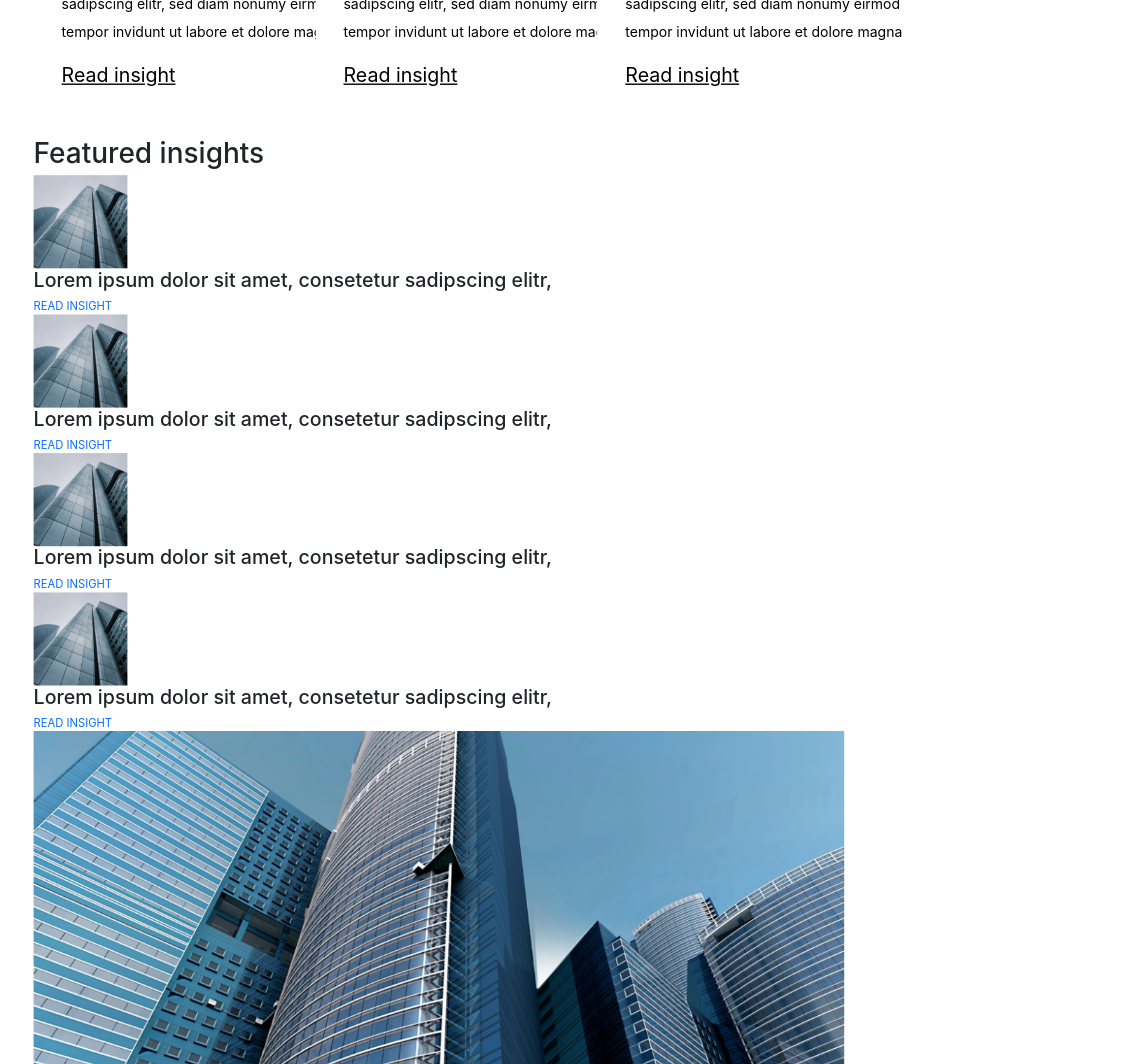
Repository: arif286/Business-webpage
Page: /
These files come from the project's save history. The page is drawn as it stood at one moment and after the next save; the edit follows.
The browser window is 1280 px wide. The page is 1361 px wide, then 1609 px, so the pictures cover 1609 px, including what lies to the right of the window. The pictures show the part of the page from y = 1826 to 3346 px (the page is 3638 px tall before and 3005 px after), at 70% of full size.
The project was rebuilt for these pictures with package versions that can differ from the ones it lists, and the page was loaded fresh each time. Also part of the build but not shown: src/components/MainHeader/MainHeader.css, src/components/NotFound/NotFound.js.

Above is the page before, as saved 2021-05-27 16:26:35.

### src/App.js
import "bootstrap/dist/css/bootstrap.min.css";
import { BrowserRouter as Router, Route, Switch } from "react-router-dom";
import Home from "./components/Home/Home";
import NotFound from "./components/NotFound/NotFound";
function App() {
  return (
    <Router>
      <Switch>
        <Route path="/">
          <Home />
        </Route>
        <Route exact path="/">
          <Home />
        </Route>
        <Route path="*">
          <NotFound />
        </Route>
      </Switch>
    </Router>
  );
}

export default App;

### src/components/Home/Home.js
import React from 'react';
import Blog from '../Blog/Blog';
import Community from '../Community/Community';
import Featured from '../Featured/Featured';
import MainHeader from '../MainHeader/MainHeader';
import Testimonial from '../Testimonial/Testimonial';
import TopHeader from '../TopHeader/TopHeader';

const Home = () => {
    return (
        <>
            <TopHeader />
            <MainHeader />
            <Community />
            <Testimonial />
            <Blog />
            <Featured/>
        </>
    );
};

export default Home;

### src/components/Blog/Blog.js
import React from "react";
import { Col, Row } from "react-bootstrap";
import blogImage from '../../Images/event-1.png';
import "./Blog.css";

const Blog = () => {
  return (
    <div className="px-5 event-area">
      <h1 className='text-center mt-4 mb-4'>What's new</h1>
      <Row>
        <Col lg={4}>
          <div className="blog-wrap">
            <div className="blog-img">
              <img className="w-100 h-100" src={blogImage} alt="" />
              <a className="ig-btn" href="h">
                AUTOMATION
              </a>
            </div>
            <div className="event-content-wrap new-wrap">
              <div className="event-content-top-fx">
                <div className="single-top">
                  <p>
                    24 November, 2020
                    <span>2 Mins</span>
                  </p>
                </div>
                <div className="new-box-wrap">
                  <h4>
                    Lorem ipsum dolor sit amet, consetetur sadipscing elitr,
                  </h4>
                  <p>
                    Lorem ipsum dolor sit amet, consetetur sadipscing elitr, sed
                    diam nonumy eirmod tempor invidunt ut labore et dolore magna
                  </p>
                  <a href="http">
                    Read insight
                  </a>
                </div>
              </div>
            </div>
          </div>
        </Col>
        <Col lg={4}>
          <div className="blog-wrap">
            <div className="blog-img">
              <img className="w-100 h-100" src={blogImage} alt="" />
              <a href="h" className="ig-btn">
                AUTOMATION
              </a>
            </div>
            <div className="event-content-wrap new-wrap">
              <div className="event-content-top-fx">
                <div className="single-top">
                  <p>
                    24 November, 2020
                    <span>2 Mins</span>
                  </p>
                </div>
                <div className="new-box-wrap">
                  <h4>
                    Lorem ipsum dolor sit amet, consetetur sadipscing elitr,
                  </h4>
                  <p>
                    Lorem ipsum dolor sit amet, consetetur sadipscing elitr, sed
                    diam nonumy eirmod tempor invidunt ut labore et dolore magna
                  </p>
                  <a href="http">Read insight</a>
                </div>
              </div>
            </div>
          </div>
        </Col>
        <Col lg={4}>
          <div className="blog-wrap">
            <div className="blog-img">
              <img className="w-100 h-100" src={blogImage} alt="" />
              <a href="h" className="ig-btn">
                AUTOMATION
              </a>
            </div>
            <div className="event-content-wrap new-wrap">
              <div className="event-content-top-fx">
                <div className="single-top">
                  <p>
                    24 November, 2020
                    <span>2 Mins</span>
                  </p>
                </div>
                <div className="new-box-wrap">
                  <h4>
                    Lorem ipsum dolor sit amet, consetetur sadipscing elitr,
                  </h4>
                  <p>
                    Lorem ipsum dolor sit amet, consetetur sadipscing elitr, sed
                    diam nonumy eirmod tempor invidunt ut labore et dolore magna
                  </p>
                  <a href="http">Read insight</a>
                </div>
              </div>
            </div>
          </div>
        </Col>
      </Row>
    </div>
  );
};

export default Blog;

### src/components/Community/Community.js
import React from 'react';
import { Col, Row } from 'react-bootstrap';
import './Community.css';

const Community = () => {
    return (
      <div className='px-5'>
        <h2 className="engage-title">Engage with our community</h2>
        <Row>
          <Col md={12} lg={4} className="pb-4">
            <div className="engage-text engage-1">
              <p>Connect & Network with our community of thought leaders</p>
            </div>
          </Col>
          <Col md={12} lg={4} className="pb-4">
            <div className="engage-text engage-2">
              <p>Connect & Network with our community of thought leaders</p>
            </div>
          </Col>
          <Col md={12} lg={4} className="pb-4">
            <div className="engage-text engage-2">
              <p>Connect & Network with our community of thought leaders</p>
            </div>
          </Col>
        </Row>
      </div>
    );
};

export default Community;

### src/components/Featured/Featured.js
import React from "react";
import { Col, Row } from "react-bootstrap";
import sideBanner from "../../Images/f1.png";
import featuredImage from "../../Images/f3.png";
import FeaturedColumn from "./FeaturedColumn";

const FeaturedData = [
  {
    image: featuredImage,
    text: "Lorem ipsum dolor sit amet, consetetur sadipscing elitr,",
  },
  {
    image: featuredImage,
    text: "Lorem ipsum dolor sit amet, consetetur sadipscing elitr,",
  },
  {
    image: featuredImage,
    text: "Lorem ipsum dolor sit amet, consetetur sadipscing elitr,",
  },
  {
    image: featuredImage,
    text: "Lorem ipsum dolor sit amet, consetetur sadipscing elitr,",
  },

];
const Featured = () => {
  return (
    <div className="px-5">
      <h1>Featured insights</h1>
      <Row>
        {FeaturedData.map((item) => (
          <FeaturedColumn card={item} />
        ))}
        <Col md={12} lg={8}>
          <img src={sideBanner} alt="" />
        </Col>
      </Row>
    </div>
  );
};

export default Featured;

### src/components/MainHeader/MainHeader.js
import { faBars } from '@fortawesome/free-solid-svg-icons';
import { FontAwesomeIcon } from "@fortawesome/react-fontawesome";
import React from 'react';
import { Nav, Navbar } from 'react-bootstrap';
import './MainHeader.css';
const MainHeader = () => {
    const Bars = <FontAwesomeIcon icon={faBars} />;
    return (
      <div className="container-fluid">
        <Navbar className="px-5" expand="md">
          <Navbar.Brand href="#home">{Bars}</Navbar.Brand>
          <Navbar.Toggle aria-controls="basic-navbar-nav" />
          <Navbar.Collapse id="basic-navbar-nav">
            <Nav className="mr-auto">
              <Nav.Link href="#home">Home</Nav.Link>
              <Nav.Link href="#link">Insights</Nav.Link>
              {/* <NavDropdown title="Dropdown" id="basic-nav-dropdown">
                <NavDropdown.Item href="#action/3.1">Action</NavDropdown.Item>
                <NavDropdown.Item href="#action/3.2">
                  Another action
                </NavDropdown.Item>
                <NavDropdown.Item href="#action/3.3">
                  Something
                </NavDropdown.Item>
                <NavDropdown.Divider />
                <NavDropdown.Item href="#action/3.4">
                  Separated link
                </NavDropdown.Item>
              </NavDropdown> */}
              <Nav.Link href="#link">Services</Nav.Link>
              <Nav.Link href="#link">Community</Nav.Link>
              <Nav.Link href="#link">Events</Nav.Link>
              <Nav.Link href="#link">About US</Nav.Link>
            </Nav>
          </Navbar.Collapse>
        </Navbar>
      </div>
    );
};

export default MainHeader;

### src/components/Testimonial/Testimonial.js
import React from "react";
import SliderImage from "../../Images/meer-shap.png";
import Image from '../../Images/meet.png';
import './Testimonial.css';

const Testimonial = () => {
  return (
    <div className="px-5">
      <div
        id="carouselExampleIndicators"
        class="carousel slide"
        data-bs-ride="carousel"
      >
        <div class="carousel-indicators">
          <button
            type="button"
            data-bs-target="#carouselExampleIndicators"
            data-bs-slide-to="0"
            class="active"
            aria-current="true"
            aria-label="Slide 1"
          ></button>
          <button
            type="button"
            data-bs-target="#carouselExampleIndicators"
            data-bs-slide-to="1"
            aria-label="Slide 2"
          ></button>
        </div>
        <div className="carousel-inner">
          <div class="carousel-item carousel-bg active">
            <div className="meet-bg">
              <img src={SliderImage} alt="" />
            </div>
            <div className="testi-btn">
              <a href="http">Testimonial</a>
            </div>
            <div className="row">
              <div className='d-lg-flex align-items-center '>
                <div className="meet-img text-center">
                  <img src={Image} alt="" />
                </div>
                <div className="meet-content text-center pb-5">
                  <h4>Meet Edward, CEO of HappyFoods</h4>
                  <p>
                    “Working with the syndicate involves carefully analysing
                    rapidly changing trends & creating the future”
                  </p>
                  <a href="http">CONNECT WITH AN ANALYST</a>
                </div>
              </div>
            </div>
          </div>
          <div class="carousel-item carousel-bg ">
            <div className="meet-bg">
              <img src={SliderImage} alt="" />
            </div>
            <div className="test-btn">
              <a href="http">Testimonial</a>
            </div>
            <div className="row">
              <div>
                <div className="meet-img">
                  <img src={Image} alt="" />
                </div>
                <div className="meet-content">
                  <h4>Meet Edward, CEO of HappyFoods</h4>
                  <p>
                    “Working with the syndicate involves carefully analysing
                    rapidly changing trends & creating the future”
                  </p>
                  <a href="http">CONNECT WITH AN ANALYST</a>
                </div>
              </div>
            </div>
          </div>
        </div>
      </div>
    </div>
  );
};

export default Testimonial;

### src/components/TopHeader/TopHeader.js
import { faFacebook, faInstagram, faLinkedin, faTwitter } from '@fortawesome/free-brands-svg-icons';
import { FontAwesomeIcon } from "@fortawesome/react-fontawesome";
import React from 'react';
import { Col, Row } from 'react-bootstrap';
import './TopHeader.css';

const TopHeader = () => {
    const Facebook = <FontAwesomeIcon icon={faFacebook} />;
    const Twitter = <FontAwesomeIcon icon={faTwitter} />;
    const Instagram = <FontAwesomeIcon icon={faInstagram} />;
    const LinkedIn = <FontAwesomeIcon icon={faLinkedin} />;
    return (
      <div className="header-top">
        <div className="container-fluid">
          <Row>
            <Col lg={12}>
              <div className="d-flex align-items-center justify-content-between">
                <div className="header-top-icon">
                  <a href="#h">{Facebook}</a>
                  <a href="#h">{Instagram}</a>
                  <a href="#h">{Twitter}</a>
                  <a href="#h">{LinkedIn}</a>
                </div>
                <div className='header-top-text'>
                  <p>The Analyst syndicate</p>
                </div>
                <div className="header-top-btn">
                  <a href='#l'>Let's Talk</a>
                </div>
              </div>
            </Col>
          </Row>
        </div>
      </div>
    );
};

export default TopHeader;

### src/components/Blog/Blog.css
.event-area {
  height: 900px;
  padding-bottom: 0;
  background: #fff;
}
.single-top p {
  font-size: 20px;
  color: #000;
  opacity: 0.5;
  line-height: 40px;
  margin-bottom: 10px;
}
.blog-img {
  position: relative;
}
.blog-img img {
  transition: 0.6s;
}
.ig-btn {
  width: 165px;
  height: 43px;
  background: #00a6fb;
  display: flex;
  align-items: center;
  justify-content: center;
  color: #fff;
  font-size: 17px;
  font-weight: 700;
  position: absolute;
  top: 30px;
  left: 20px;
  border: 2px solid transparent;
  transition: 0.3s;
}
.blog-wrap {
  position: relative;
}
.event-content-wrap.new-wrap {
  bottom: -327px;
}
.event-content-wrap {
  background: #fff;
  padding: 30px 40px;
  width: 508px;
  position: absolute;
  bottom: -137px;
}
.new-box-wrap h4 {
  font-size: 32px;
  color: #000000;
  line-height: 40px;
  font-weight: 700;
}
.new-box-wrap p {
  font-size: 20px;
  line-height: 40px;
  color: #000000;
  margin-bottom: 20px;
}
.new-box-wrap a {
  font-size: 28px;
  color: #000;
  text-decoration: underline;
}
@media (min-width: 1440px) and (max-width: 1800px) {
  .event-content-wrap {
    background: #fff;
    padding: 30px 40px;
    width: 424px;
    position: absolute;
    bottom: -137px;
  }
  .new-box-wrap h4 {
    font-size: 23px;
    line-height: 28px;
  }
  .new-box-wrap p {
    font-size: 18px;
    line-height: 32px;
    margin-bottom: 20px;
  }
  .new-box-wrap a {
    font-size: 21px;
  }
  .event-area {
    height: 800px;
  }
}

@media (min-width: 992px) and (max-width: 1200px) {
  .event-content-wrap.new-wrap {
    bottom: -223px;
    position: unset;
    bottom: 0;
    margin-top: -78px;
    position: relative;
  }
  .event-content-wrap {
    padding: 20px 20px;
    width: 268px;
    bottom: -137px;
  }
  .new-box-wrap h4 {
    font-size: 19px;
    line-height: 26px;
  }
  .new-box-wrap p {
    font-size: 18px;
    line-height: 25px;
    margin-bottom: 12px;
  }
  .new-box-wrap a {
    font-size: 20px;
  }
  .event-area {
    height: auto;
  }
}
@media (min-width: 1200px) and (max-width: 1400px) {
  .event-area {
    height: 720px;
  }
}

@media (min-width: 768px) and (max-width: 991px) {
  .event-content-wrap {
    padding: 20px 20px;
    width: 460px;
    bottom: -137px;
    position: relative;
    bottom: 0;
    margin-top: -55px;
  }
  .event-content-wrap.new-wrap {
    bottom: -223px;
    position: unset;
    bottom: 0;
    margin-top: -78px;
    position: relative;
  }
  .new-box-wrap h4 {
    font-size: 20px;
    line-height: 26px;
  }
  .new-box-wrap p {
    font-size: 18px;
    line-height: 25px;
    margin-bottom: 12px;
  }
  .event-area {
    height: auto;
  }
}
@media only screen and (min-width: 320px) and (max-width: 767px) {
  .single-top p {
    font-size: 18px;
    line-height: 25px;
    margin-bottom: 8px;
  }
  .event-content-wrap {
    padding: 20px 20px;
    width: 300px;
    bottom: -137px;
    position: relative;
    bottom: 0;
    margin-top: -55px;
  }
  .event-content-wrap.new-wrap {
    bottom: -223px;
    position: unset;
    bottom: 0;
    margin-top: -78px;
    position: relative;
  }
  .new-box-wrap h4 {
    font-size: 20px;
    line-height: 26px;
  }
  .new-box-wrap p {
    font-size: 18px;
    line-height: 25px;
    margin-bottom: 12px;
  }
  .event-area {
    height: auto;
  }
}

### src/components/Community/Community.css
.engage-1 {
  background-image: url(../../Images/e1.png);
}
.engage-2 {
  background-image: url(../../Images/e2.png);
}
.engage-3 {
  background-image: url(../../Images/e3.png);
}
.engage-text {
  height: 560px;
  background-size: 100% 100%;
  background-position: center center;
  padding-left: 50px;
  padding-bottom: 50px;
  display: flex;
  align-items: flex-end;
}
.engage-text p {
  margin: 0;
  color: #fff;
  font-size: 32px;
  font-weight: 700;
  line-height: 44px;
  max-width: 400px;
}
.engage-title {
  text-align: center;
  font-weight: 900;
  text-transform: uppercase;
  font-size: 35px;
  margin-top: 50px;
  margin-bottom: 50px;
}
@media (min-width: 768px) and (max-width: 991px) {
  .engage-text p {
    margin: 0;
    font-size: 20px;
    line-height: 25px;
  }
  .engage-title {
    text-align: center;
    font-weight: 900;
    text-transform: uppercase;
    font-size: 25px;
  }
}

### src/components/Featured/FeaturedColumn.js
import React from 'react';

const FeaturedColumn = ({ card }) => {
    console.log(card);
  return (
    <>

      <div className="single-featured-box">
        <img src={card.image} alt="" />
        <div className="featured-box-content">
          <h3>{card.text}</h3>
          <a href="http">READ INSIGHT</a>
        </div>
      </div>
    </>
  );
};

export default FeaturedColumn;

### src/components/Testimonial/Testimonial.css
.carousel-bg {
  background-color: #111111;
}
.testi-btn a {
  width: 308px;
  height: 61px;
  color: #000;
  font-size: 28px;
  display: flex;
  align-items: center;
  justify-content: center;
  background: #91c499;
  position: absolute;
  top: 0;
  right: 0;
  border: 2px solid transparent;
  transition: 0.3s;
}
.meet-img img {
  width: 275px;
  height: 275px;
  margin-right: 35px;
  margin-left: 50px;
}
.meet-content {
  max-width: 970px;
}
.meet-content h4 {
  font-size: 39px;
  color: #fff;
  line-height: 56px;
  margin-bottom: 20px;
}
.meet-content p {
  font-size: 30px;
  color: #fff;
  line-height: 50px;
}
.meet-content a {
  color: #fff;
  font-size: 28px;
  text-decoration: underline;
  font-weight: 600;
}
@media (min-width: 992px) and (max-width: 1200px) {
  .meet-content h4 {
    font-size: 28px;
    line-height: 33px;
    margin-bottom: 6px;
  }
  .meet-content p {
    font-size: 22px;
    line-height: 29px;
    margin-bottom: 10px;
  }
  .meet-content a {
    font-size: 22px;
  }
}
@media only screen and (min-width: 320px) and (max-width: 767px) {
  .meet-content a {
    font-size: 16px;
  }
  .meet-content h4 {
    font-size: 21px;
    line-height: 26px;
    margin-bottom: 6px;
  }
  .meet-content p {
    font-size: 20px;
    line-height: 29px;
    margin-bottom: 17px;
  }
}

### src/components/TopHeader/TopHeader.css
a {
  text-decoration: none;
}
.header-top {
  padding-left: 77px;
  border-bottom: 2px solid #eeeeee;
}
.header-top-icon a {
  width: 30px;
  height: 30px;
  background: #211f20;
  display: inline-block;
  border-radius: 34px;
  text-align: center;
  color: #fff;
  font-size: 14px;
  line-height: 29px;
  margin-right: 7px;
}
.header-top-text p {
  margin: 0;
  font-size: 28px;
  color: #000000;
  font-weight: 700;
  line-height: 32px;
  text-transform: uppercase;
}
.header-top-btn a {
  width: 314px;
  height: 98px;
  background: #111111;
  border: 2px solid transparent;
  transition: 0.3s;
  display: flex;
  align-items: center;
  justify-content: space-between;
  padding-left: 74px;
  padding-right: 80px;
  font-size: 21px;
  color: #fff;
}

Loaded but not shown: public/index.html (common file); src/index.js (common file); src/index.css (common file)

After the next save:
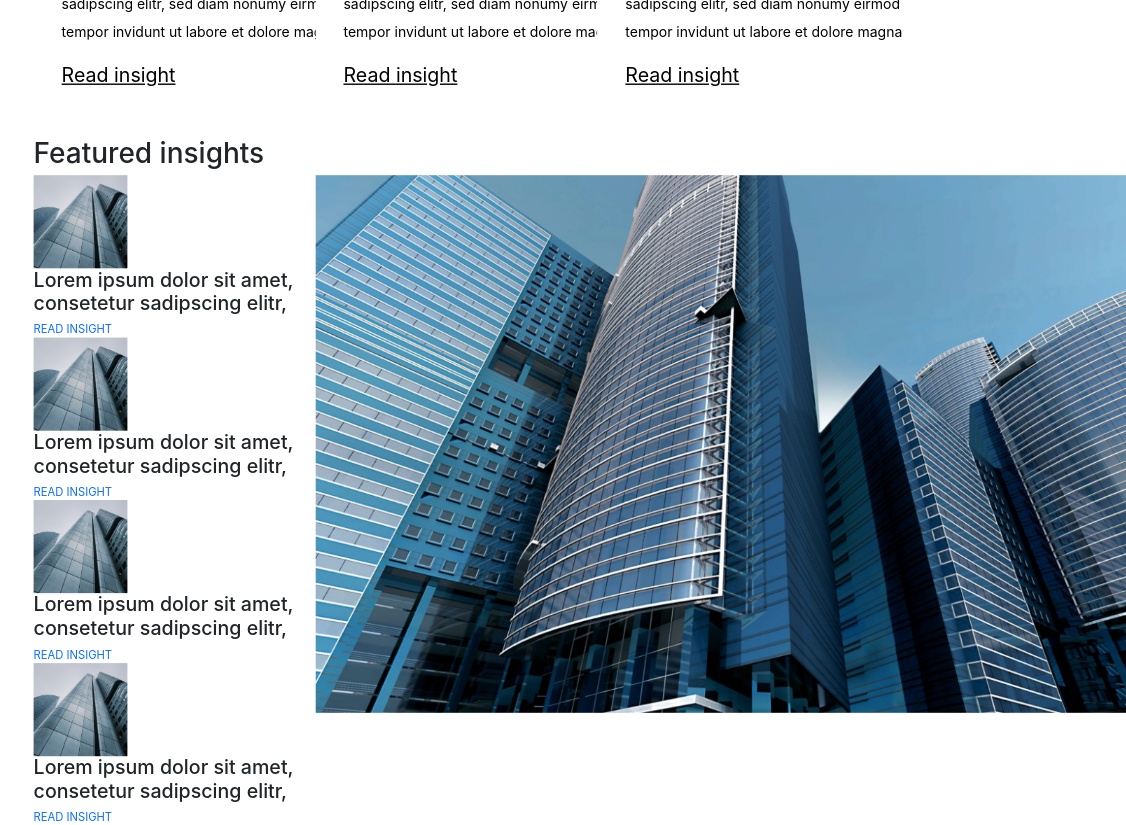
Saved 20 s later.
--- a/src/components/Featured/Featured.js
+++ b/src/components/Featured/Featured.js
@@ -28,9 +28,11 @@
     <div className="px-5">
       <h1>Featured insights</h1>
       <Row>
-        {FeaturedData.map((item) => (
-          <FeaturedColumn card={item} />
-        ))}
+        <Col md={12} lg={4}>
+          {FeaturedData.map((item) => (
+            <FeaturedColumn card={item} />
+          ))}
+        </Col>
         <Col md={12} lg={8}>
           <img src={sideBanner} alt="" />
         </Col>
